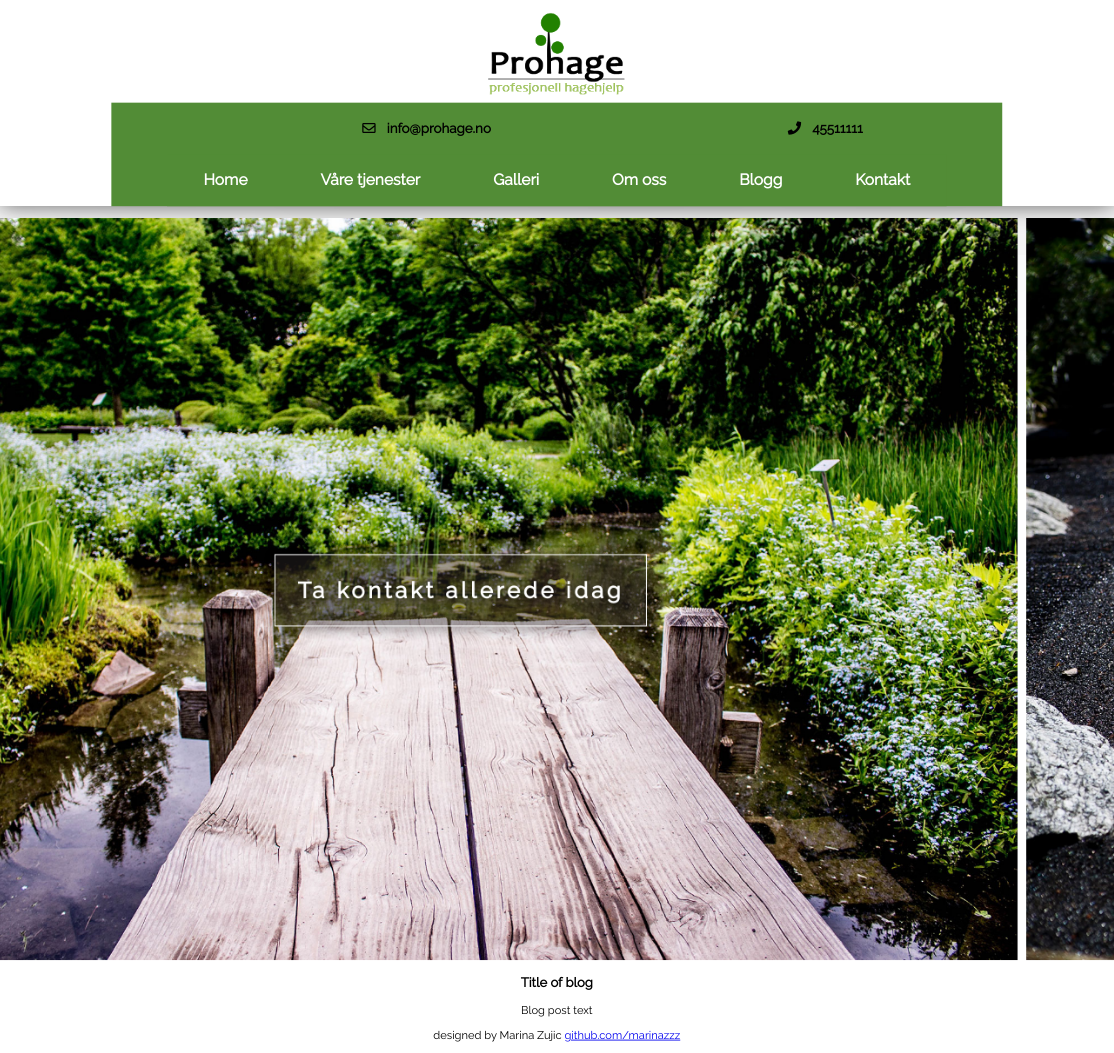
Repository: marinazzz/garden-design-website
Page: index.html
An editor plug-in stored every save of this project. The page is shown before and after the next save, followed by the edit.
The browser window is 1280 px wide. The pictures show the whole page, at 87% of full size.

Above is the page before, as saved 2020-03-30 13:44:43.

### index.html
<!DOCTYPE html>
<html lang="nb">
<head>
    <title>Hagedesign Oslo</title>
    <link rel="stylesheet" type="text/css" href="CSS/fontawesome-free-5.12.1-web/css/all.min.css">
    <link rel="stylesheet" type="text/css" href="CSS/style.css"/>
    <link rel="stylesheet" type="text/css" href="CSS/min-width-768px.css">
    <link rel="stylesheet" type="text/css" href="CSS/min-width-992px.css">
    <link rel="stylesheet" href="https://cdnjs.cloudflare.com/ajax/libs/animate.css/3.7.2/animate.min.css">
    <link rel="stylesheet" type="text/css" href="PLUGINS/glide-master/dist/css/glide.core.min.css" />
    <link rel="stylesheet" type="text/css" href="PLUGINS/glide-master/dist/css/glide.theme.min.css" />
    <link href="https://fonts.googleapis.com/css?family=Raleway&display=swap" rel="stylesheet">
    <meta name="viewport" content="width=device-width, initial-scale=1" charset="UTF-8">
</head>
<body>
    <header class="header--white-green">
        <div class="container__menu--small container__menu container--max-width"> <!--grid container-->
            <div class="container__logo"> <!--1.column-->
                <img class="logo"src="images/prohage black.png" alt="Prohage logo">
            </div>
            <div class="container__items--small container__items"> <!--2.column-->
                <div class="container__item"> <!--1.row-->
                     <a href="mailto:info@prohage.no"
                         class ="container__item-txt"><i class="far fa-envelope"></i>info@prohage.no</a>
                     <a href="tlf:45511111"
                         class="container__item-txt"><i class="fas fa-phone"></i>45511111</a>
                </div>
               <div class="container__item-bottom"> <!--2.row-->
                   <button class="menu__toggle">
                       <i class="fas fa-bars"></i>
                   </button>
                   <nav id="menu">
                        <ul class="menu__list">
                            <li class="menu__item">
                                <a class="menu__link" href="home">Home</a>
                            </li>
                            <li class="menu__item">
                                <a class="menu__link" href="#services">Våre tjenester</a>
                            </li>
                            <li class="menu__item">
                                <a class="menu__link" href="#gallery">Galleri</a>
                            </li>
                            <li class="menu__item">
                                <a class="menu__link" href="#about">Om oss</a>
                            </li>
                            <li class="menu__item">
                                <a class="menu__link" href="#blog">Blogg</a>
                            </li>
                            <li class="menu__item">
                                <a class="menu__link" href="kontakt">Kontakt</a>
                            </li>
                       </ul>
                   </nav>
               </div>
            </div>
        </div>
        <section id="main-photo">
            <div class="glide">
                <div class="glide__track"
                     data-glide-el="track">
                    <ul class="glide__slides">
                        <li class="glide__slide">
                            <img class="main-photo__item"
                                 srcset="images/daylight-environment-garden-2000.jpg 2000w,
                                         images/daylight-environment-garden-1000.jpg 1000w"
                                 sizes="(min-width: 1440px) 2000px, 100vw"
                                 src="images/daylight-environment-garden-2000.jpg" alt="Garden and plants" />
                                 <h1 class="main-photo__title">Profesjonell hagehjelp</h1>
                        </li>
                        <li class="glide__slide">
                            <img class="main-photo__item"
                                 srcset="images/main-header-photo-2000.jpg 2000w,
                                          images/main-header-photo-1000.jpg 1000w"
                                 sizes="(min-width: 1440px) 2000px, 100vw"
                                 src="images/main-header-photo-2000.jpg" alt="Garden and plants" />
                                 <h1 class="main-photo__title">Ta kontakt allerede idag</h1>
                                </li>
                        <li class="glide__slide">
                            <img class="main-photo__item"
                                 srcset="images/header-photo-2000.jpg 2000w,
                                         images/header-photo-1000.jpg 1000w"
                                 sizes="(min-width: 1440px) 2000px, 100vw"
                                 src="images/header-photo-2000.jpg" alt="Garden designed by proffesional" />
                                 <h1 class="main-photo__title">Rådgiving og tipser</h1>
                        </li>
                        <li class="glide__slide">
                            <img class="main-photo__item"
                                 srcset="images/bloom-blooming-blur-2000.jpg 2000w,
                                         images/bloom-blooming-blur-1000.jpg 1000w"
                                 sizes="(min-width: 1440px) 2000px, 100vw"
                                 src="images/bloom-blooming-blur-2000.jpg" alt="Garden designed by proffesional" />
                                 <h1 class="main-photo__title">Følg vår hageblogg</h1>
                        </li>
                    </ul>
                </div>
                <!--<div class="glide__arrows"
                         data-glide-el="controls">
                        <button class="glide__arrow glide__arrow--left"
                                data-glide-dir="<">
                            <i class="fas fa-chevron-circle-left"></i>
                        </button>
                        <button class="glide__arrow glide__arrow--right"
                                data-glide-dir=">">
                            <i class="fas fa-chevron-circle-right"></i>
                        </button>
                    </div>-->
            </div>

            <!--<img class="main-photo__item1"
                 srcset="images/architecture-clouds-daylight-2000.jpg 2000w,
                         images/architecture-clouds-daylight-1000.jpg 1000w"
                 sizes="(min-width: 1440px) 2000px, 100vw"
                 src="images/architecture-clouds-daylight-2000.jpg" alt="Garden">
            <img class="main-photo__item2"
                 srcset="images/header-photo-2000.jpg 2000w,
                         images/header-photo-1000.jpg 1000w"
                 sizes="(min-width: 1440px) 2000px, 100vw"
                 src="images/header-photo-2000.jpg" alt="Garden designed by proffesional" >
            <img class="main-photo__item3"
                 srcset="images/main-header-photo-2000.jpg 2000w,
                         images/main-header-photo-1000.jpg 1000w"
                 sizes="(min-width: 1440px) 2000px, 100vw"
                 src="images/main-header-photo-2000.jpg" alt="Garden and plants" >
            <h1 class="main-photo__title">Profesjonell hagehjelp</h1>-->
        </section>
     </header>
     <main>
         <section id="services">

         </section>
         <section id="gallery">

        </section>
         <article id="blog-posts">
             <h3>Title of blog</h2>
             <p>Blog post text</p>
         </article>
         <section id="about oss">

        </section>
     </main>
     <footer>
	     <p>designed by Marina Zujic
		     <a href="https://github.com/marinazzz">github.com/marinazzz</a>
	     </p>
     </footer>
     <script src="PLUGINS/glide-master/dist/glide.min.js"></script>
     <script>
        new Glide('.glide', {
            type: 'carousel',
            autoplay: true,
            hoverpause: false,
            perView: 1,
            direction: 'rtl',
            animationDuration: 10000
        }).mount()
      </script>
     <script src="JS/js-app.js"></script>
</body>
</html>

### CSS/style.css
html {
  font-size: 62.5%;
}

body {
  margin: 0;
  padding: 0;
  text-align: center;
  box-sizing: border-box;
  font-family: 'Raleway', sans-serif;
}

       /*__ HEADER__ */

/*color styles*/
.header--white-green {
  --header-bg-color: #528C36;
  --header-link-color: black;
  --header-menu-link: #fff;
  --header-toggle-color: #528C36;
}

/*main style*/
.container__menu--small {
  display: flex;
  justify-content: space-around;
  box-shadow: 0 0 2rem 0 rgba(0, 0, 0, 0.24), 0 0 30rem 0 rgba(0, 0, 0, 0.2);
}

.logo {
  max-height: 8rem;
  background: white;
}

.container__items--small {
  display: grid;
  grid-template-rows: 1fr 1fr;
  align-content: flex-end;
  width: 250px;
}

.container__item {
  align-self: center;
}

.container__item,
.container__item-bottom {
  text-align: end;
}

.container__item-txt {
  color: var(--header-link-color);
  text-decoration: none;
  font-size: 1.2rem;
}

.container__item > a:first-of-type {
  padding-right: 1.6rem;
}

.container__item-bottom > nav {
  text-align: center;
}

.menu__toggle {
  color: var(--header-bg-color);
  box-sizing: border-box;
  border: none;
  background-color: transparent;
  outline: none;
  font-size: 3rem;
  line-height: 0;
  padding: 0.5rem;
  color: var(--header-toggle-color);
  position: relative;
  z-index: 100;
}

.fa-phone,
.fa-envelope {
  margin-right: 1rem;
}


/* MENU */

#menu {
  display: none;
  position: absolute;
  top: auto;
  left: 0;
  width: 100%;
  padding-top: 1rem;
  background-color: var(--header-bg-color);
  z-index: 20;
}

.menu__list {
  padding: 0;
  margin: 0;
  display: flex;
  flex-direction: column;
}

.menu__item {
  display: block;
  margin-bottom: 1rem;
}

.menu__link {
  color: var(--header-menu-link);
  text-decoration: none;
  font-size: 1.4rem;
}

#menu.menu-opened {
  display: block;
}


/*FOR SMALL DEVICES*/

@media screen and (max-width: 420px) {

  .logo {
    max-height: 7rem;
  }

  .container__items--small {
    width: auto;
    align-self: center;
  }

  .container__item > a:first-of-type {
    padding-right: 1.3rem;
  }

  .container__item {
    text-align: center;
  }

  .fa-phone, .fa-envelope {
    margin-right: 0.3rem;
  }
}

/* MAIN PICTURE */

#main-photo {
  width: 100%;
  padding-top: 1rem;
}

.main-photo__title {
  position: absolute;
  color: white;
  background-color:#524a4a3b;
  border: 0.1rem solid white;
  filter: drop-shadow(2px 4px 6px black);
  padding: 2rem;
  margin: 0 auto;
  font-size: 1.5rem;
  letter-spacing: 0.2rem;
  top: 50%;
  left: 50%;
  transform: translate(-50%, -50%);
}



/* GLIDE SLIDER CSS OVERRIDES */

.glide__slides {
  margin: 0;
}

.glide__slide {
  position: relative;
}

/*#main-photo .glide__arrow  {
  font-size: 4rem;
  padding: 0;
  border-color: transparent;
  box-shadow: none;
  border-radius: 50%;
  line-height: 0;
  transition: all 200ms ease-in-out;
}

#main-photo .glide__arrow:hover {
  border-color: #252525;
  color: #252525;
}*/



/*#main-photo {
  position: relative;
}

.main-photo__item {
   width: 100%;
}

.main-photo__title {
  position: absolute;
  bottom: 1rem;
  left: 20rem;
  font-size: 2rem;
}*/



/*1. COLOR OPTION*/
/* CSS variables*/
/* :root {
  --header-bg-color: #4daa57;
  --header-top-bg-color: #252525;
  --header-toggle-color: #fff;
}*/

/*.top-header__item {
  color: var(--header-link-color);
  text-decoration: none;
  font-size: 1.4rem;
}*/


/*------MAIN----------*/

### CSS/min-width-768px.css
@media screen and (min-width: 768px) {

  html {
    font-size: 70%;
  }

   /* HEADER */


   .container__menu,
   .container__items {
    display: grid;
   }

   .container__menu {
    grid-template-columns: 2fr 80%;
    box-shadow: 0 0 2rem 0 rgba(0, 0, 0, 0.62), 0 0 30rem 0 rgba(0, 0, 0, 0.19);
  }

  .container__items {
    grid-template-rows: 1fr 1fr;
    background: var(--header-bg-color);
    width: auto;
  }

  .container__item,
  .container__item-bottom {
    display: flex;
  }

  .container__item {
    align-self: center;
    justify-content: space-around;
    /*padding-left: 23rem;*/
  }

  .container__item-bottom {
    align-items: center;
  }

  .menu__toggle {
    display: none;
  }

  /* NAVIGATION */

  #menu,
  .menu-opened .menu__item .menu__link {
    display: block;
  }

  #menu {
    position: static;
    padding: 0;
    top: 0;
  }

  #menu,
  .menu_list {
    height: 100%;
  }

  .menu__list {
    height: 100%;
    flex-direction: row;
    justify-content: center;
    align-items: center;
  }

  .menu__item {
    height: 100%;
    display: block;
    flex-grow: 1;
    margin: 0;
    line-height: 4.5rem;
  }

  .menu__item:hover {
    background-color:#272727;
  }

  .menu__link:active {
    color:black;
  }

  .menu__link,
  .container__item-txt {
    font-weight: bold;
  }

  /* color styles */

  :root {
    /*header*/
    --header-bg-color:#528C36;
    --link-color: #FCFDF9;
  }

  /* MAIN PHOTO */

  .main-photo__title {
    font-size: 2rem;
    letter-spacing: 0.3rem;
}

}

### CSS/min-width-992px.css
@media screen and (min-width: 992px) {
    html {
        font-size: 80%;
    }

    .container--max-width {
        display: block;
        margin: auto;
        padding: 0 10rem 0 10rem;
    }

   /* HEADER */

    .logo {
        max-height: 9rem;
    }

    .container__item {
        padding-left: 10rem;
    }

    .container__item-bottom {
        padding: 0 5rem;
    }
}

@media screen and (min-width: 1440px) {

    /* HEADER */

    .container__item {
        padding-left: 22rem;
    }

    /* MAIN PHOTO */

    .main-photo__title {
        font-size: 3rem;
        letter-spacing: 0.5rem;
    }
}

@media screen and (min-width: 2560px) {

    .logo {
        max-height: 12rem;
    }

    .container__item {
        justify-self: center;
    }

    .container__item > a:first-of-type {
        padding: 0 13rem;
    }

    .container__item-bottom {
        padding: 0 40rem;
    }
}

Loaded but not shown: CSS/fontawesome-free-5.12.1-web/css/all.min.css (library); PLUGINS/glide-master/dist/css/glide.core.min.css (common file); PLUGINS/glide-master/dist/css/glide.theme.min.css (common file); PLUGINS/glide-master/dist/glide.min.js (library); JS/js-app.js (no copy from this time; the picture is the same without it)

After the next save:
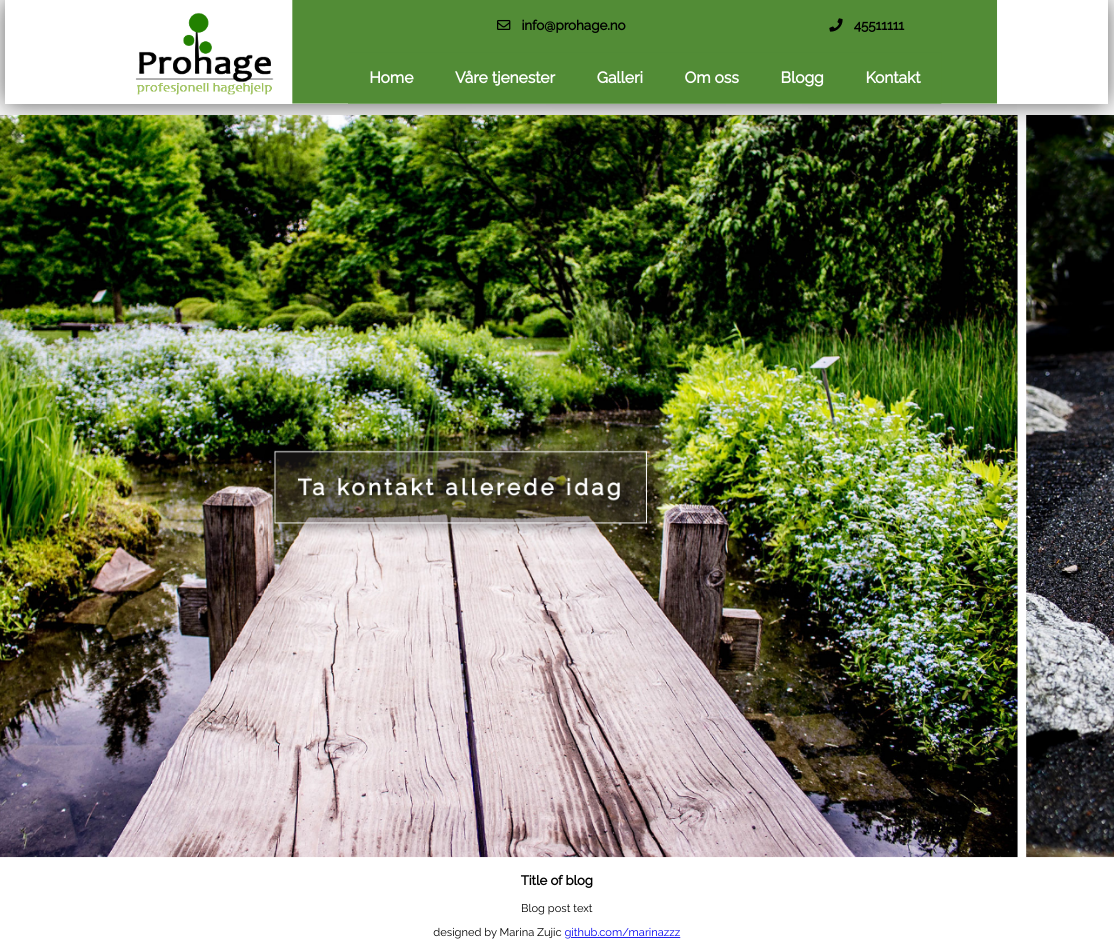
Saved 21 s later.
--- a/CSS/min-width-992px.css
+++ b/CSS/min-width-992px.css
@@ -4,7 +4,7 @@
     }
 
     .container--max-width {
-        display: block;
+        max-width: 1012px;
         margin: auto;
         padding: 0 10rem 0 10rem;
     }
